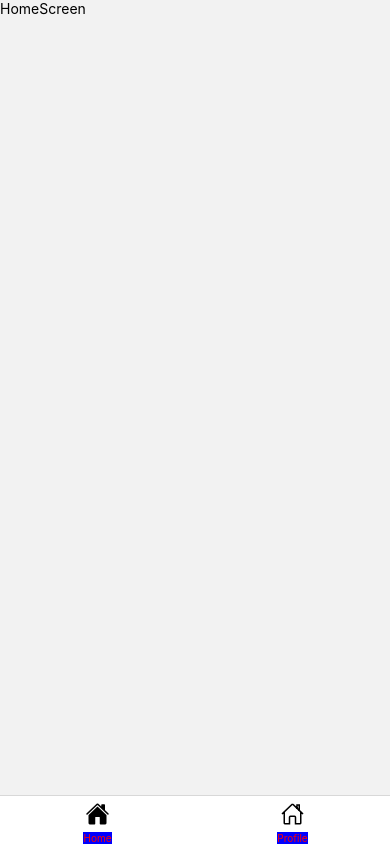
Repository: Deyvid-Kasteh/Spotify_Clone_1.0
Screen: /
These files come from the project's save history. The screen is drawn as it stood at one moment and after the next save; the edit follows.
The app was drawn by React Native's web renderer in a window 390 px wide. The project was rebuilt for these pictures with package versions that can differ from the ones it lists, and the page was loaded fresh each time. Also part of the build but not shown: screens/ProfileScreen.js.

Above is the screen before, as saved 2023-07-28 19:20:08.

### App.js
import { StatusBar } from "expo-status-bar";
import { StyleSheet, Text, View } from "react-native";
import BottomTabs from "./StackNavigator";
import { NavigationContainer } from "@react-navigation/native";

export default function App() {
  return (
    <NavigationContainer style={styles.container}>
      {/* <Text>teste</Text> */}
      <StatusBar style="auto" />
      <BottomTabs />
    </NavigationContainer>
  );
}

const styles = StyleSheet.create({
  container: {
    flex: 1,
    backgroundColor: "#fff",
    alignItems: "center",
    justifyContent: "center",
  },
});

### StackNavigator.js
import { createBottomTabNavigator } from "@react-navigation/bottom-tabs";
import HomeScreen from "./screens/HomeScreen";
import ProfileScreen from "./screens/ProfileScreen";
import { Ionicons } from "@expo/vector-icons";

const Tab = createBottomTabNavigator();

export default function BottomTabs() {
  return (
    <Tab.Navigator>
      <Tab.Screen
        name="Home"
        component={HomeScreen}
        options={{
          tabBarLabel: "Home",
          headerShown: false,
          tabBarLabelStyle: { color: "red", backgroundColor: "blue" },
          tabBarIcon: ({ focused }) =>
            focused ? (
              <Ionicons name="home" size={24} color="black" />
            ) : (
              <Ionicons name="home-outline" size={24} color="black" />
            ),
        }}
      />
      <Tab.Screen
        name="ProfileScreen"
        component={ProfileScreen}
        options={{
          tabBarLabel: "Profile",
          headerShown: false,
          tabBarLabelStyle: { color: "red", backgroundColor: "blue" },
          tabBarIcon: ({ focused }) =>
            focused ? (
              <Ionicons name="home" size={24} color="black" />
            ) : (
              <Ionicons name="home-outline" size={24} color="black" />
            ),
        }}
      />
    </Tab.Navigator>
  );
}

Loaded but not shown: screens/HomeScreen.js (common file)

After the next save:
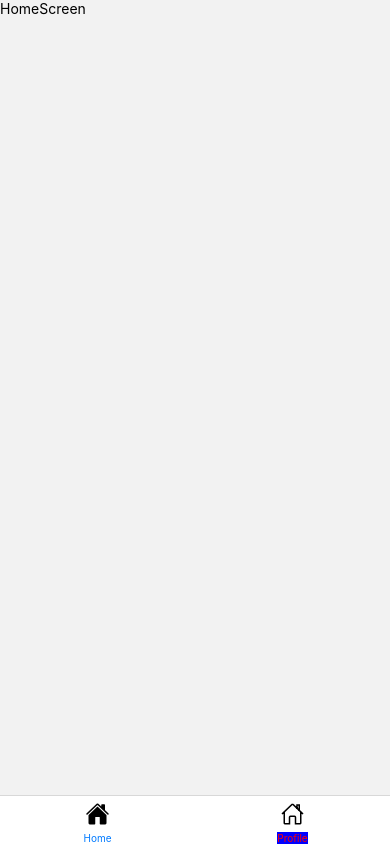
Saved 20 s later.
--- a/StackNavigator.js
+++ b/StackNavigator.js
@@ -14,7 +14,7 @@ export default function BottomTabs() {
         options={{
           tabBarLabel: "Home",
           headerShown: false,
-          tabBarLabelStyle: { color: "red", backgroundColor: "blue" },
+        //   tabBarLabelStyle: { color: "red", backgroundColor: "blue" },
           tabBarIcon: ({ focused }) =>
             focused ? (
               <Ionicons name="home" size={24} color="black" />
